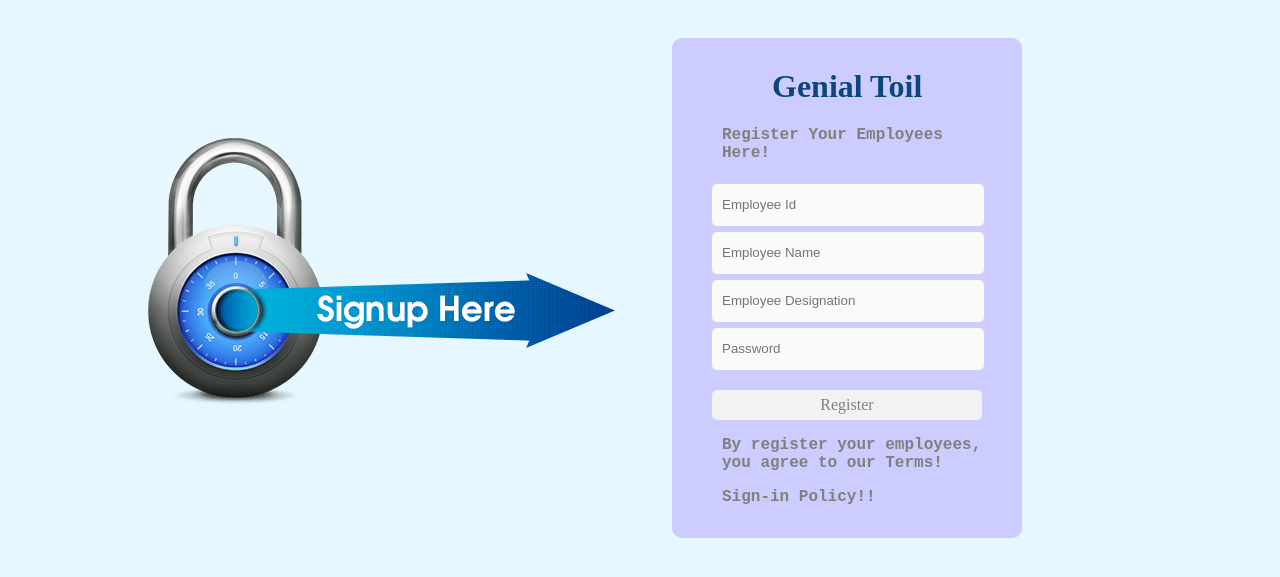
Repository: robin9533/Basic-Programs-App.
Page: GW-Genial Work Proj/GT_GenialToil/WebContent/EmployeeSignup.html
These files come from the project's save history. The page is drawn as it stood at one moment and after a run of saves; the edit follows.
The browser window is 1280 px wide. The pictures show the whole page.

Above is the page before, as saved 2019-05-10 13:09:35.

### GW-Genial Work Proj/GT_GenialToil/WebContent/EmployeeSignup.html
<!DOCTYPE html>
<html>
<head>
<meta charset="ISO-8859-1">
<title>Employee Registration Form</title>
<link rel="Stylesheet" type="text/css" href="EmployeeSignup.css">
</head>
<body>

	<div class="imgblock">
		<img src="signup.png">
	 </div>

	<div class="registrationblock">
		<h1>Genial Toil</h1>
		<h4>Register Your Employees Here!</h4>


		<Form action="EmployeeSignupServlet">

			<input type="text" name="empId" placeholder="Employee Id"> <input
				type="text" name="empName" placeholder="Employee Name"> <input
				type="text" name="empDes" placeholder="Employee Designation">
			<input type="password" name="empPass" placeholder="Password">
			<button type="button">Register</button>

			<h5>By register your employees, you agree to our Terms! </h5>
				<h5>Sign-in Policy!!</h5>

		</Form>
	</div>

</body>
</html>

### GW-Genial Work Proj/GT_GenialToil/WebContent/EmployeeSignup.css
@charset "ISO-8859-1";

body{
	background-color: #e6f7ff;
}
.registrationblock {
	height:500px;
	width: 350px;
	float:right;
	margin-top: 30px;
	margin-right: 250px;
	border-radius:10px;
	border:0px solid black;
	background-color: #ccccff;
}

.imgblock{
	height:350px;
	width: 500px;
	float:left;
	margin-top: 120px;
	margin-left: 120px;
	border-radius:10px;
	border:0px solid black;
}
.registrationblock input{
	width: 260px;
	height:40px;
	margin-bottom:6px;
	margin-left:40px;
	padding-left: 10px;
	color:graytext;
	background: #fafafa;
	border: none;
	border:0px solid gray;
	border-radius: 5px;

}
.registrationblock button{
	width:270px;
	height:30px;
	margin-left:40px;
	margin-top:14px;
	text-align: center;
	cursor: pointer;
	color:gray;
	font-family:inherit;
	font-size:16px;
	background: #f2f2f2;
	border-radius:5px;
	border: 0px solid #3897F0;
	}
.registrationblock h1{
	margin-top:30px;
	margin-left: 100px;
	font-family:inherit;
	color:#0D467A;
	cursor: default;
	}

.registrationblock h4{
	padding-left:50px;
	padding-right:40px;
	font-family:monospace;
	font-size:16px;
	color: grey;
	cursor: default;
	}
.registrationblock h5{
	padding-left:50px;
	padding-right:30px;
	margin:16px 0px 0px 0px;
	font-family:monospace;
	font-size:16px;
	color: grey;
	cursor: default;
	border: 0px solid black;
	}

After the next 2 saves:
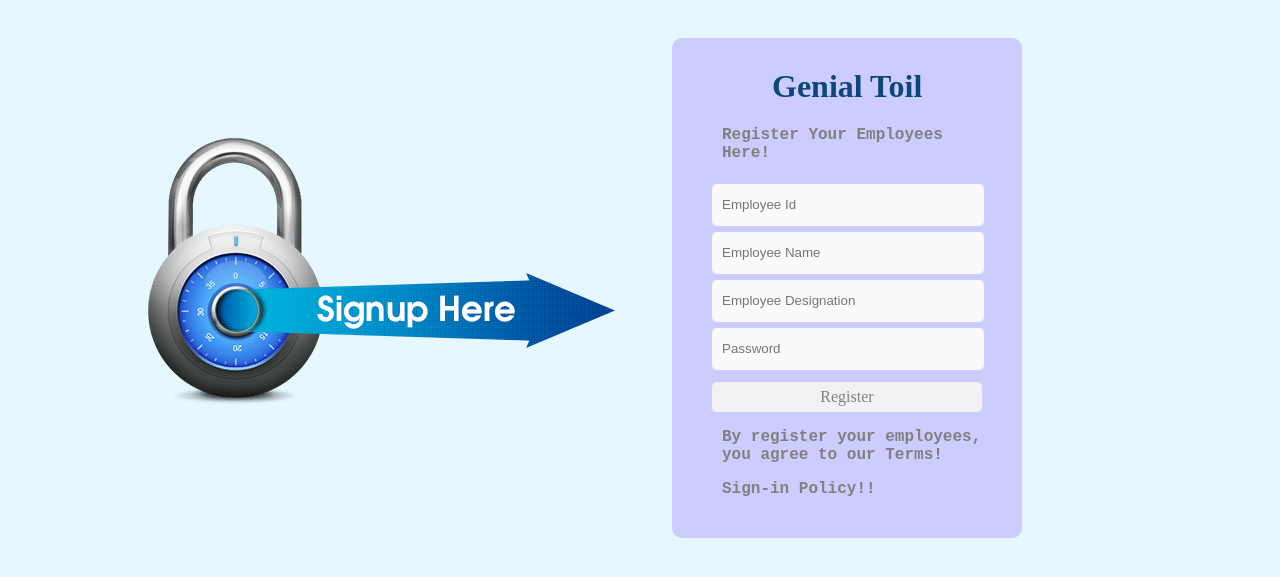
The 2 saves are shown as one change because they came seconds apart.
The last was saved 9 min 35 s later.
--- a/GW-Genial Work Proj/GT_GenialToil/WebContent/EmployeeSignup.css
+++ b/GW-Genial Work Proj/GT_GenialToil/WebContent/EmployeeSignup.css
@@ -40,7 +40,7 @@ body{
 	width:270px;
 	height:30px;
 	margin-left:40px;
-	margin-top:14px;
+	margin-top:6px;
 	text-align: center;
 	cursor: pointer;
 	color:gray;
